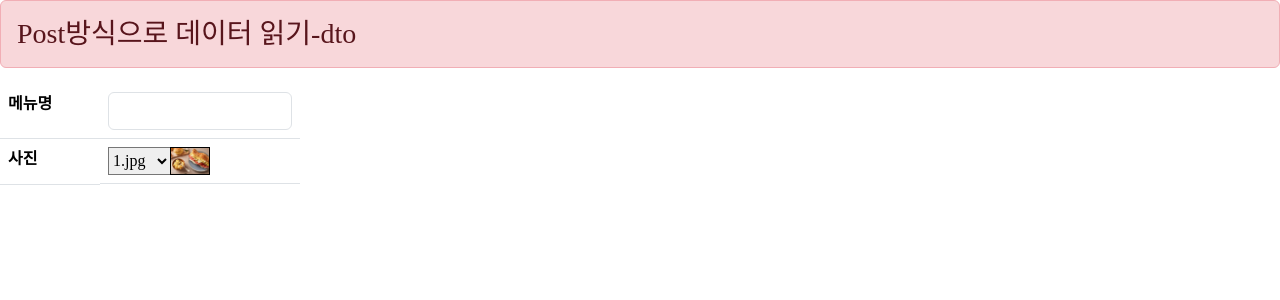
Repository: hyuck9409/newnaver0314
Page: http://localhost/SpringMvcEx2/form3
An editor plug-in stored every save of this project. The page is shown before and after the next save, followed by the edit.
The browser window is 1280 px wide. The pictures show the whole page.
Some web fonts or font styles are not loaded; a fallback is used. The page is served by Tomcat 9. Other server files are loaded and not shown.

Above is the page before, as saved 2024-05-20 03:16:19.

### naver0314devops11/springwork/SpringMvcEx2/src/main/webapp/WEB-INF/form3/myform3.jsp
<%@ page language="java" contentType="text/html; charset=UTF-8"
   pageEncoding="UTF-8"%>
<%@taglib prefix="c" uri="http://java.sun.com/jsp/jstl/core"%>
<%@taglib prefix="fmt" uri="http://java.sun.com/jsp/jstl/fmt" %>
<!DOCTYPE html>
<html>
<head>
<meta charset="UTF-8">
<title>Insert title here</title>
<link href="https://cdn.jsdelivr.net/npm/bootstrap@5.3.3/dist/css/bootstrap.min.css" rel="stylesheet">
<script src="https://cdn.jsdelivr.net/npm/bootstrap@5.3.3/dist/js/bootstrap.bundle.min.js"></script>
<link rel="stylesheet" href="https://cdn.jsdelivr.net/npm/bootstrap-icons@1.8.0/font/bootstrap-icons.css">
<link href="https://fonts.googleapis.com/css2?family=Caveat:wght@400..700&family=Dancing+Script:wght@400..700&family=East+Sea+Dokdo&family=Jua&family=Gaegu&family=Gamja+Flower&family=Pacifico&family=Single+Day&display=swap" rel="stylesheet">
   <script src="https://code.jquery.com/jquery-3.7.0.js"></script>
   <style>
       body *{
           font-family: 'Jua';
       }
   </style>
</head>
<body>
<h3 class="alert alert-danger">Post방식으로 데이터 읽기-dto</h3>
<form action="./read3" method="post">
<table class="table" style="width:300px;">
<tr>
<th width="100">메뉴명</th>
<td>
<input type="text" name="foodname" class="form-control">
</td>
</tr>

<tr>
<th width="100">사진</th>
<td class="input-group">
<select name="foodphoto">
<c:forEach var="s" begin="1" end="12">
<option>${s }.jpg</option>
</c:forEach>
</select>
<img src="./image/1.jpg" width="40" border="1" id="foodphoto">
<script type="text/javascript">
$("#fphoto").change(function(){
	$("#foodphoto").attr("src","./image/"+$(this).val());
});
</script>
</td>
</tr>
</table>
</form>
</body>
</html>

After the next save:
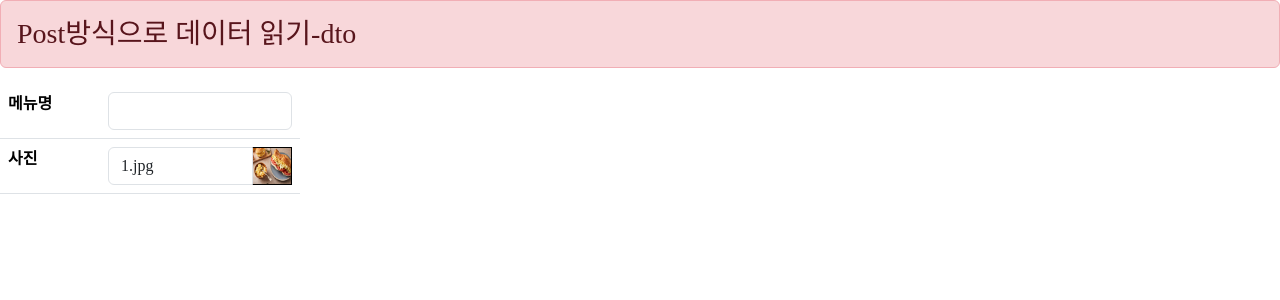
Saved 4 min 14 s later.
--- a/naver0314devops11/springwork/SpringMvcEx2/src/main/webapp/WEB-INF/form3/myform3.jsp
+++ b/naver0314devops11/springwork/SpringMvcEx2/src/main/webapp/WEB-INF/form3/myform3.jsp
@@ -32,9 +32,9 @@
 <tr>
 <th width="100">사진</th>
 <td class="input-group">
-<select name="foodphoto">
+<select name="foodphoto" id="fphoto" class="form-control">
 <c:forEach var="s" begin="1" end="12">
-<option>${s }.jpg</option>
+<option>${s}.jpg</option>
 </c:forEach>
 </select>
 <img src="./image/1.jpg" width="40" border="1" id="foodphoto">
